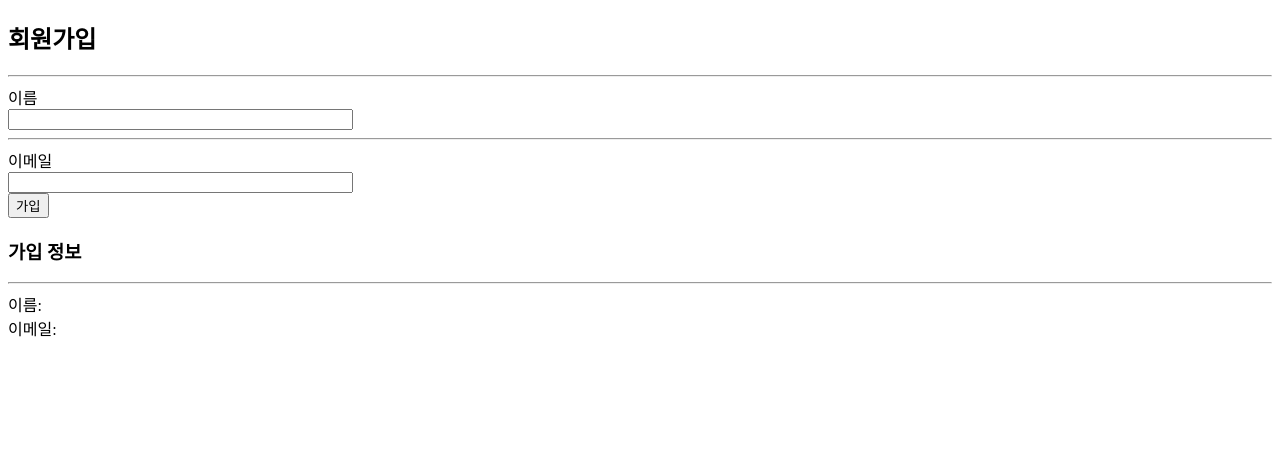
Repository: cruyffism/study-jsp2
Page: MyWorkspace/JspWeb/src/main/webapp/regform.html
An editor plug-in stored every save of this project. The page is shown before and after the next save, followed by the edit.
The browser window is 1280 px wide. The pictures show the whole page.

Above is the page before, as saved 2024-02-13 04:58:44.

After the next save:
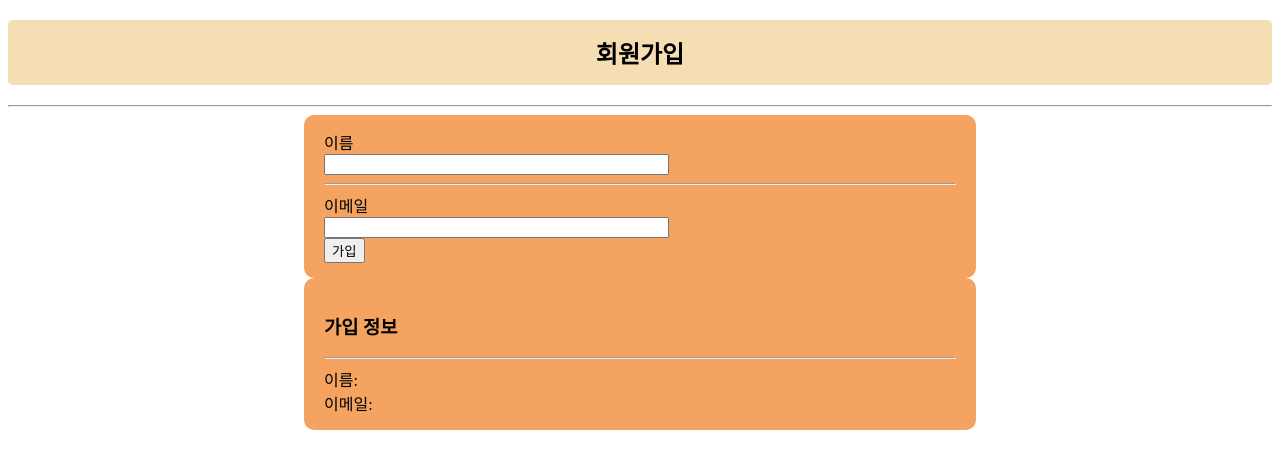
Saved 4 min 47 s later.
--- a/MyWorkspace/JspWeb/src/main/webapp/regform.html
+++ b/MyWorkspace/JspWeb/src/main/webapp/regform.html
@@ -3,6 +3,22 @@
 <head>
 <meta charset="EUC-KR">
 <title>로그인</title>
+<style>
+    h2 {
+    border-radius: 5px;
+    background-color: wheat;
+    text-align: center;
+    padding: 15px 0;
+    }
+
+    #regform, #result {
+        padding: 15px 20px;
+    	border-radius: 10px;
+    	margin: auto;
+    	width: 50%;
+    	background-color: SandyBrown;
+    }
+</style>
 </head>
 <body>
 	<h2>회원가입</h2>
